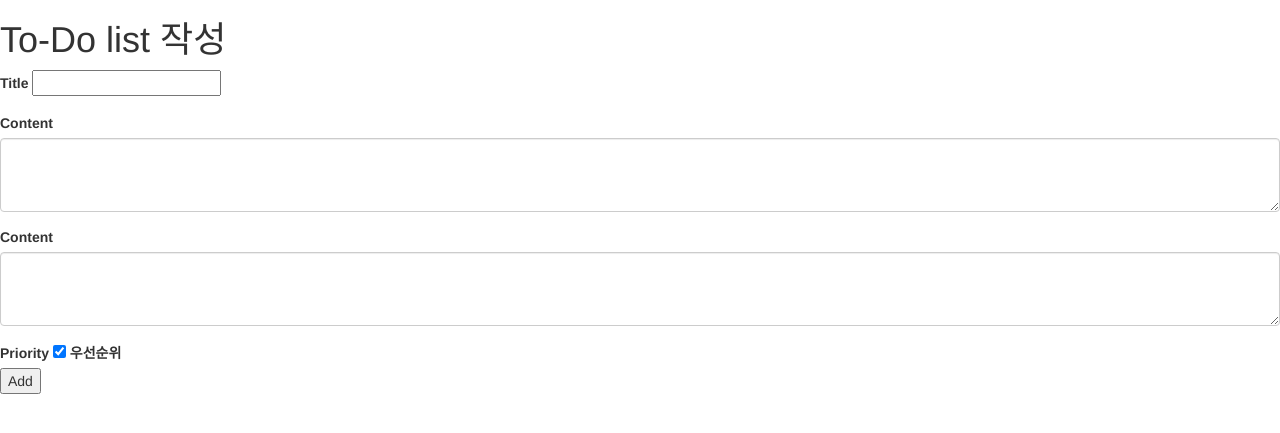
Repository: qudgns200/Toy_01_ToDoList
Page: http://localhost/ToDoList/jsp/writeForm.jsp
An editor plug-in stored every save of this project. The page is shown before and after the next save, followed by the edit.
The browser window is 1280 px wide. The pictures show the whole page.
The page is served by Tomcat 9. Nobody is signed in. The application's start-up code is not run. Other server files are loaded and not shown.

Above is the page before, as saved 2019-11-07 04:43:02.
Console error (its wording comes from the project's code and is left out).

### ToDoList/WebContent/jsp/writeForm.jsp
<%@ page language="java" contentType="text/html; charset=UTF-8"
	pageEncoding="UTF-8"%>
<!DOCTYPE html>
<html>
<head>
<meta charset="UTF-8">
<title>Insert title here</title>
<!--  Bootstrap -->
<link rel="stylesheet"
	href="https://maxcdn.bootstrapcdn.com/bootstrap/3.3.2/css/bootstrap.min.css">
<link rel="stylesheet"
	href="https://maxcdn.bootstrapcdn.com/bootstrap/3.3.2/css/bootstrap-theme.min.css">
<!--  --------- -->
</head>
<body>
	<h1>To-Do list 작성</h1>
	<form method="post" action="write.do">
		<div class="form-group">
			<label for="title">Title</label>
			<input type="text" name="title" id="title"/>
		</div>

		<div class="form-group">
			<label for="content">Content</label>
			<textarea class="form-control" rows="3"></textarea>
		</div>

		<div class="form-group">
			<label for="content">Content</label>
			<textarea class="form-control" rows="3"></textarea>
		</div>

		<label>Priority</label> <input type="checkbox" name="priority"
			id="priority" checked /> <label for="priority" id="laberP">우선순위</label>
		<br>

		<button type="submit">Add</button>

		<div class="spacer"></div>
	</form>

	<script
		src="https://maxcdn.bootstrapcdn.com/bootstrap/3.3.2/js/bootstrap.min.js"></script>
</body>
</html>

After the next save:
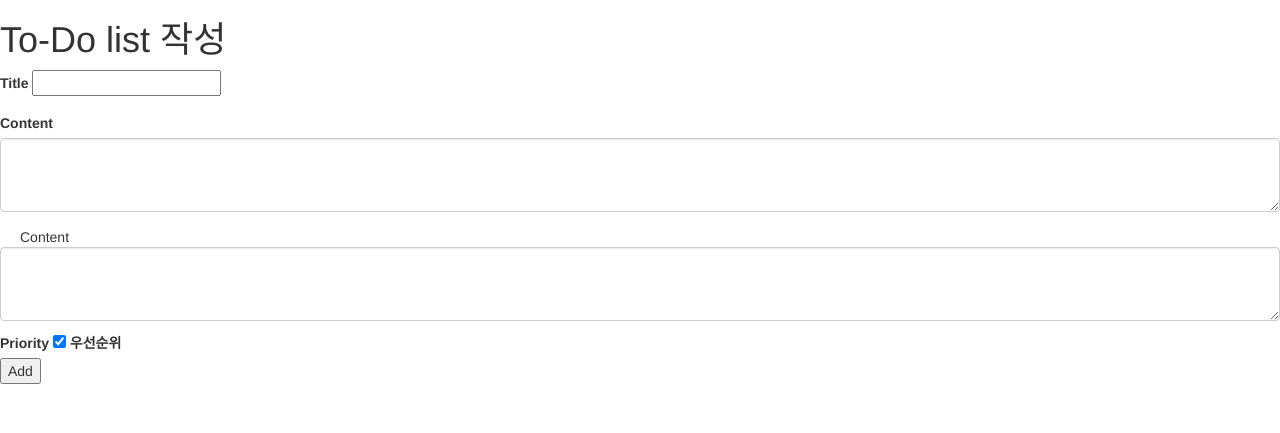
Saved 18 s later.
--- a/ToDoList/WebContent/jsp/writeForm.jsp
+++ b/ToDoList/WebContent/jsp/writeForm.jsp
@@ -25,7 +25,7 @@
 			<textarea class="form-control" rows="3"></textarea>
 		</div>
 
-		<div class="form-group">
+		<div class="checkbox">
 			<label for="content">Content</label>
 			<textarea class="form-control" rows="3"></textarea>
 		</div>
